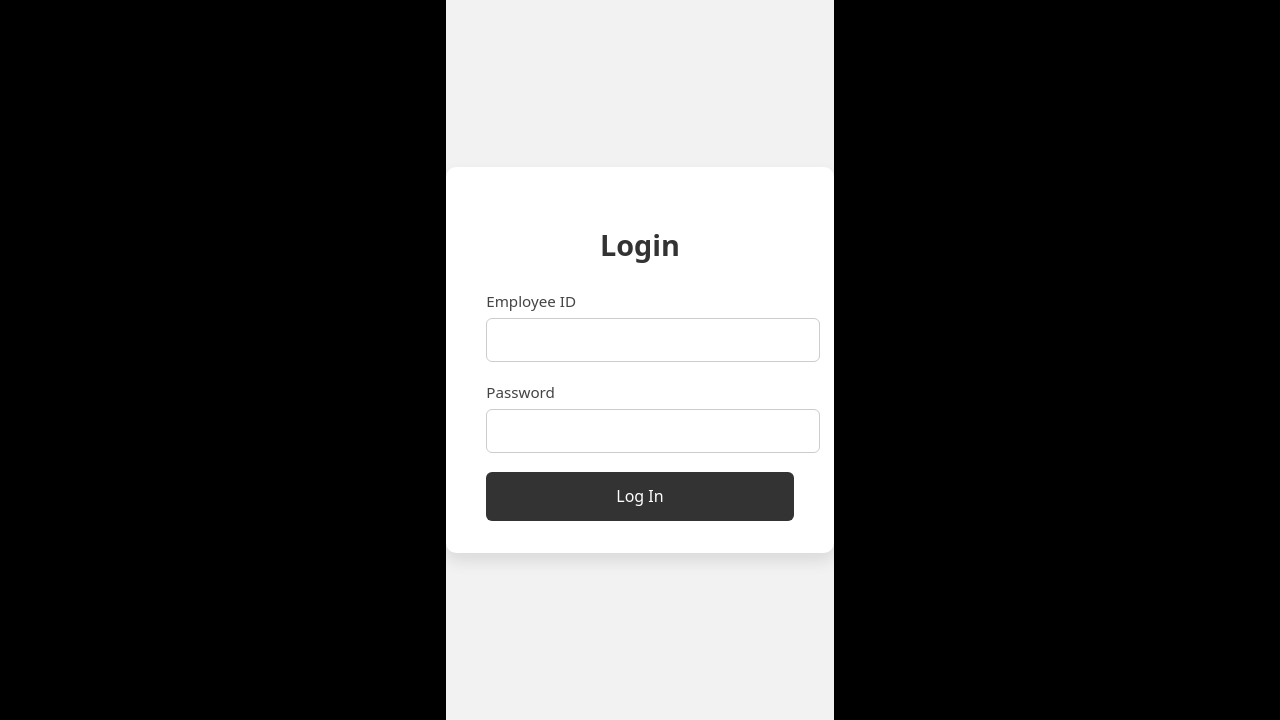
Repository: iEstebanx/quscina
Page: /
The author's editor kept a copy of each file at every save. The page is drawn from the files as they stood at one save, then again after the next save.
The browser window is 1280 px wide. The pictures show the whole page.
The project was rebuilt for these pictures with package versions that can differ from the ones it lists, and the page was loaded fresh each time. Also part of the build but not shown: vite.config.js, src/components/Header/Header.module.css, src/components/Header/Header.jsx, src/layouts/MainLayout.jsx, src/pages/Menu/Menu.jsx.

Above is the page before, as saved 2025-07-19 21:50:58.

### src/index.css
:root {
  font-family: system-ui, Avenir, Helvetica, Arial, sans-serif;
  line-height: 1.5;
  font-weight: 400;

  color-scheme: light dark;
  color: rgba(255, 255, 255, 0.87);
  background-color: #242424;

  font-synthesis: none;
  text-rendering: optimizeLegibility;
  -webkit-font-smoothing: antialiased;
  -moz-osx-font-smoothing: grayscale;
}

a {
  color: inherit;
  text-decoration: none;
}
a:hover {
  color: #535bf2;
}

body {
  margin: 0;
  padding: 0;
  box-sizing: border-box;
  min-width: 320px;
  min-height: 100vh;
}

ul {
  list-style: none;
  margin: 0;
  padding: 0;
}

/* Button styling override */
button {
  border-radius: 8px;
  border: 1px solid transparent;
  padding: 0.6em 1.2em;
  font-size: 1em;
  font-weight: 500;
  font-family: inherit;
  background-color: #1a1a1a;
  cursor: pointer;
  transition: border-color 0.25s;
}
button:hover {
  border-color: #646cff;
}
button:focus,
button:focus-visible {
  outline: 4px auto -webkit-focus-ring-color;
}

/* .menu-layout {
  display: flex;
  height: 100vh;
  overflow: hidden;
}

.menu-layout > * {
  height: 100%;
}

.sidebar-categories {
  width: 180px;
  background-color: #4b2a1a;
  color: white;
  flex-shrink: 0;
}

.cart {
  width: 280px;
  background-color: #6b3b1f;
  color: white;
  flex-shrink: 0;
}

.food-grid {
  flex-grow: 1;
  background: white;
  padding: 1rem;
  display: grid;
  grid-template-columns: repeat(auto-fill, minmax(150px, 1fr));
  gap: 1rem;
  overflow-y: auto;
} */


@media (prefers-color-scheme: light) {
  :root {
    color: #213547;
    background-color: #ffffff;
  }

  a:hover {
    color: #747bff;
  }

  button {
    background-color: #f9f9f9;
  }
}

### src/App.jsx
import { BrowserRouter } from 'react-router-dom';
import AppRoutes from './routes/AppRoutes';
import { AuthProvider } from './context/AuthContext';
import { ShiftProvider } from './context/ShiftContext';
import { CartProvider } from './context/CartContext';

function App() {
  return (
    <BrowserRouter>
      <AuthProvider>
        <ShiftProvider>
          <CartProvider>
            <AppRoutes />
          </CartProvider>
        </ShiftProvider>
      </AuthProvider>
    </BrowserRouter>
  );
}

export default App;

### src/routes/AppRoutes.jsx
import { Routes, Route } from 'react-router-dom';
import MainLayout from '../layouts/MainLayout';
import EmptyLayout from '../layouts/EmptyLayout';

import LoginPage from '../pages/Login/LoginPage';
import MenuPage from '../pages/Menu/Menu';
import ReceiptsPage from '../pages/Receipts/ReceiptsPage';
import ShiftPage from '../pages/Shift/ShiftPage';
import RefundPage from '../pages/Refund/RefundPage';
import NotFound from '../pages/NotFound';

const AppRoutes = () => {
  return (
    <Routes>
      {/* Public */}
      <Route element={<EmptyLayout />}>
        <Route path="/" element={<LoginPage />} />
      </Route>

      {/* Protected */}
      <Route element={<MainLayout />}>
        <Route path="/menu" element={<MenuPage />} />
        <Route path="/receipts" element={<ReceiptsPage />} />
        <Route path="/shift" element={<ShiftPage />} />
        <Route path="/refund" element={<RefundPage />} />
      </Route>

      {/* Fallback */}
      <Route path="*" element={<NotFound />} />
    </Routes>
  );
};

export default AppRoutes;

### src/context/AuthContext.jsx
import { createContext, useContext, useState } from 'react';

const AuthContext = createContext();

export function AuthProvider({ children }) {
  const [user, setUser] = useState(null);

  const login = (userData) => setUser(userData);
  const logout = () => setUser(null);

  return (
    <AuthContext.Provider value={{ user, login, logout, isLoggedIn: !!user }}>
      {children}
    </AuthContext.Provider>
  );
}

export function useAuth() {
  return useContext(AuthContext);
}

### src/context/ShiftContext.jsx
import { createContext, useContext, useState } from 'react';

const ShiftContext = createContext();

export function ShiftProvider({ children }) {
  const [shift, setShift] = useState({
    isOpen: false,
    startAmount: 0,
  });

  const openShift = (amount) => setShift({ isOpen: true, startAmount: amount });
  const closeShift = () => setShift({ isOpen: false, startAmount: 0 });

  return (
    <ShiftContext.Provider value={{ shift, openShift, closeShift }}>
      {children}
    </ShiftContext.Provider>
  );
}

export function useShift() {
  return useContext(ShiftContext);
}

### src/context/CartContext.jsx
import { createContext, useContext, useState } from 'react';

const CartContext = createContext();

export function CartProvider({ children }) {
  const [items, setItems] = useState([]);

  const addItem = (item) => {
    setItems((prev) => {
      const exists = prev.find((i) => i.id === item.id);
      if (exists) {
        return prev.map((i) =>
          i.id === item.id ? { ...i, quantity: i.quantity + 1 } : i
        );
      }
      return [...prev, { ...item, quantity: 1 }];
    });
  };

  const removeItem = (id) => {
    setItems((prev) => prev.filter((i) => i.id !== id));
  };

  const clearCart = () => setItems([]);

  const total = items.reduce((acc, item) => acc + item.price * item.quantity, 0);

  return (
    <CartContext.Provider value={{ items, addItem, removeItem, clearCart, total }}>
      {children}
    </CartContext.Provider>
  );
}

export function useCart() {
  return useContext(CartContext);
}

### src/layouts/EmptyLayout.jsx
import { Outlet } from 'react-router-dom';
import styles from './EmptyLayout.module.css';

const EmptyLayout = () => {
  return (
    <div className={styles.emptyLayout}>
      <Outlet />
    </div>
  );
};

export default EmptyLayout;

### src/pages/Login/LoginPage.jsx
// pages/Login/LoginPage.jsx
import { useState } from 'react';
import styles from './Login.module.css';

const LoginPage = () => {
  const [employeeID, setEmployeeID] = useState('');
  const [password, setPassword] = useState('');

  const handleLogin = (e) => {
    e.preventDefault();
    console.log('Logging in with:', { employeeID, password });
    // Replace with real login logic
  };

  return (
    <div className={styles.loginWrapper}>
      <form className={styles.loginForm} onSubmit={handleLogin}>
        <h2 className={styles.title}>Login</h2>

        <label className={styles.label}>Employee ID</label>
        <input
          type="text"
          className={styles.input}
          value={employeeID}
          onChange={(e) => setEmployeeID(e.target.value)}
          required
        />

        <label className={styles.label}>Password</label>
        <input
          type="password"
          className={styles.input}
          value={password}
          onChange={(e) => setPassword(e.target.value)}
          required
        />

        <button type="submit" className={styles.button}>
          Log In
        </button>
      </form>
    </div>
  );
};

export default LoginPage;

### src/layouts/EmptyLayout.module.css
.emptyLayout {
  display: flex;
  justify-content: center;
  align-items: center;
  height: 100vh;
  background-color: black;
}

### src/pages/Login/Login.module.css
.loginWrapper {
  display: flex;
  justify-content: center;
  align-items: center;
  height: 100vh;
  background: #f2f2f2;
}

.loginForm {
  background: white;
  padding: 2rem 2.5rem;
  border-radius: 10px;
  box-shadow: 0 8px 16px rgba(0, 0, 0, 0.1);
  width: 100%;
  max-width: 380px;
}

.title {
  font-size: 1.8rem;
  font-weight: bold;
  margin-bottom: 1.5rem;
  text-align: center;
  color: #333;
}

.label {
  display: block;
  font-size: 0.95rem;
  margin-bottom: 0.3rem;
  color: #444;
}

.input {
  width: 100%;
  padding: 0.75rem;
  margin-bottom: 1.2rem;
  border: 1px solid #ccc;
  border-radius: 6px;
  font-size: 1rem;
  transition: border 0.2s ease;
}

.input:focus {
  border-color: #666;
  outline: none;
}

.button {
  width: 100%;
  padding: 0.85rem;
  background: #333;
  color: white;
  font-size: 1rem;
  border: none;
  border-radius: 6px;
  cursor: pointer;
  transition: background 0.3s ease;
}

.button:hover {
  background: #555;
}

Loaded but not shown: index.html (common file); src/main.jsx (common file); src/pages/Receipts/ReceiptsPage.jsx (no stored copy; drawn as an empty file); src/pages/Shift/ShiftPage.jsx (no stored copy; drawn as an empty file); src/pages/Refund/RefundPage.jsx (no stored copy; drawn as an empty file); src/pages/Notfound.jsx (no stored copy; drawn as an empty file)

After the next save:
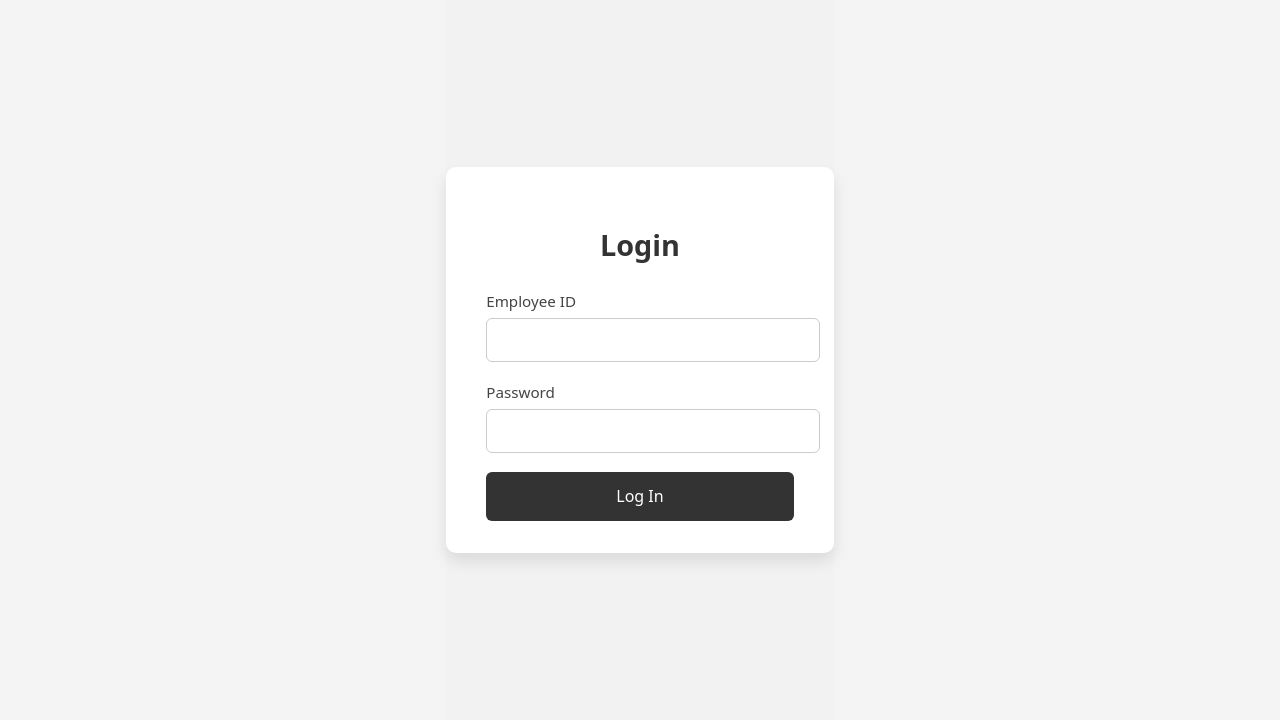
Saved 7 s later.
--- a/src/layouts/EmptyLayout.module.css
+++ b/src/layouts/EmptyLayout.module.css
@@ -3,5 +3,5 @@
   justify-content: center;
   align-items: center;
   height: 100vh;
-  background-color: black;
+  background-color: #f4f4f4; /* Or dark, depending on your theme */
 }
